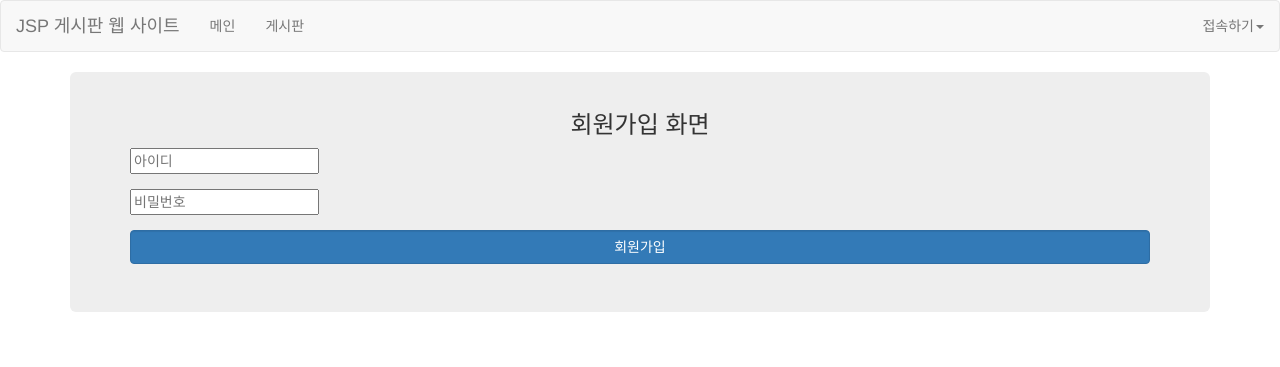
Repository: tykwon97/JSP
Page: http://localhost/BBS/join.jsp
The author's editor kept a copy of each file at every save. The page is drawn from the files as they stood at one save, then again after the next save.
The browser window is 1280 px wide. The pictures show the whole page.
Some web libraries are served in a nearby version. The page is served by Tomcat 9. Other server files are loaded and not shown.

Above is the page before, as saved 2021-01-28 07:08:03.

### projects/BBS/WebContent/join.jsp
<%@ page language="java" contentType="text/html; charset=UTF-8"
    pageEncoding="UTF-8"%>
<!DOCTYPE html>
<html>
<head>
<meta http-equiv="Content-Type" content="text/html"; charset="UTF-8">
<meta name = "viewport", content="width=device-width", initial-scale="1">
<link rel="stylesheet" href="css/bootstrap.css">
<title>JSP 게시판 웹 사이트</title>
</head>
<body>
	<nav class="navbar navbar-default">
		<div class="navbar-header">
			<button type="button" class="navbar-toggle collapsed" data-toggle="collapse" data-target="#bs-example-navbar-collapse-1"
			aria-expanded="false">
			<span calss="icon-bar"></span>
			<span calss="icon-bar"></span>
			<span calss="icon-bar"></span>
			</button>
			<a class="navbar-brand" href="main.jsp">JSP 게시판 웹 사이트</a>
		</div>
		<div class="collapse navbar-collapse" id = "bs-example-navbar-collapse-1">
			<ul class="nav navbar-nav">
				<li><a href="main.jsp">메인</a></li>
				<li><a href="bbs.jsp">게시판</a></li>
			</ul>
			<ul class="nav navbar-nav navbar-right">
				<li class = "dropdown">
					<a href="#" class = "dropdown-toggle" data-toggle = "dropdown" role = "button" aria-haspopup="true" aria-expanded="false">
					접속하기<span class="caret"></span> <!-- 아이콘 -->
					</a>
					<ul class="dropdown-menu">
						<li class="active"><a href="login.jsp">로그인</a></li> <!-- class="active" : 현재 선택이 됨 -->
						<li ><a href="join.jsp">회원가입</a></li>
					</ul>
				</li>

			</ul>
		</div>
	</nav>

	<div class="container">
		<div class ="col-lg-4"></div>
		<div class ="col-lg-4"></div>
			<div class="jumbotron" style="padding-top : 20px;">
				<form method="post" action="loginAction.jsp">
					<h3 style = "text-align : center;">회원가입 화면</h3>
					<div class ="form-group">
						<input type="text" calss="form-control" placeholder="아이디" name = "userID" maxlength="20">
					</div>
					<div class ="form-group">
						<input type="password" calss="form-control" placeholder="비밀번호" name = "userPassword" maxlength="20">
					</div>
					<input type="submit" class="btn btn-primary form-control" value="회원가입">
				</form>
			</div>
		<div class ="col-lg-4"></div>
	</div>
	<script src="https://code.jquery.com/jquery-3.1.1.min.js"></script>
	<script src="js/bootstrap.js"></script>
</body>
</html>

Loaded but not shown: projects/BBS/WebContent/css/bootstrap.css (library); projects/BBS/WebContent/js/bootstrap.js (library)

After the next save:
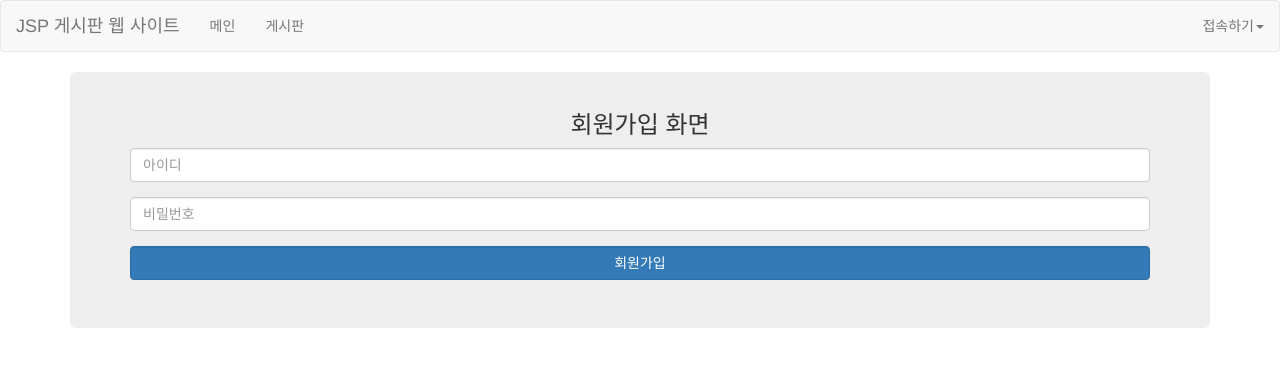
Saved 51 s later.
--- a/projects/BBS/WebContent/join.jsp
+++ b/projects/BBS/WebContent/join.jsp
@@ -46,10 +46,10 @@
 				<form method="post" action="loginAction.jsp">
 					<h3 style = "text-align : center;">회원가입 화면</h3>
 					<div class ="form-group">
-						<input type="text" calss="form-control" placeholder="아이디" name = "userID" maxlength="20">
+						<input type="text" class="form-control" placeholder="아이디" name = "userID" maxlength="20">
 					</div>
 					<div class ="form-group">
-						<input type="password" calss="form-control" placeholder="비밀번호" name = "userPassword" maxlength="20">
+						<input type="password" class="form-control" placeholder="비밀번호" name = "userPassword" maxlength="20">
 					</div>
 					<input type="submit" class="btn btn-primary form-control" value="회원가입">
 				</form>
